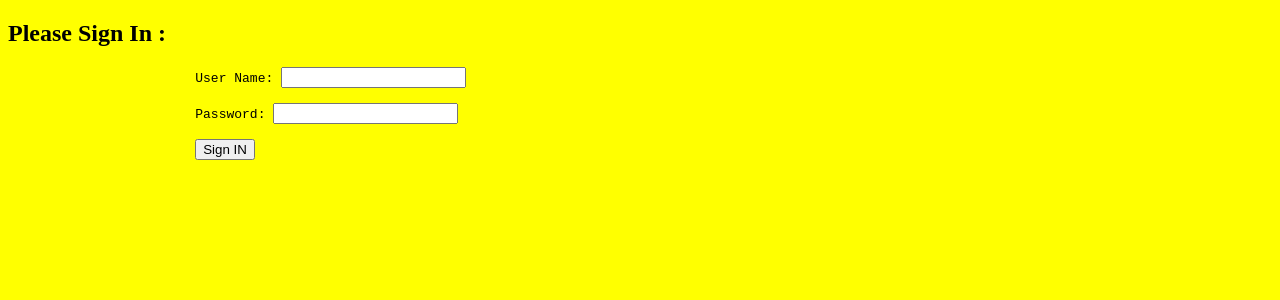
Repository: PallaviWalve/Advance-Java
Page: Web_Project/src/main/webapp/Login.html
The author's editor kept a copy of each file at every save. The page is drawn from the files as they stood at one save, then again after the next save.
The browser window is 1280 px wide. The pictures show the whole page.

Above is the page before, as saved 2024-06-05 05:27:33.

After the next save:
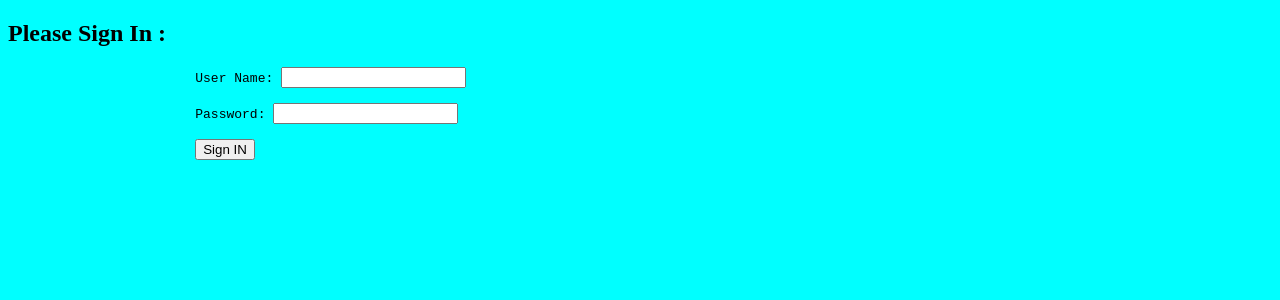
Saved 38 s later.
--- a/Web_Project/src/main/webapp/Login.html
+++ b/Web_Project/src/main/webapp/Login.html
@@ -1,6 +1,6 @@
 <!DOCTYPE html>
 <html>
-<body bgcolor = "yellow">
+<body bgcolor = "cyan">
 	<h2>Please Sign In :</h2>
 	<form>
 		<pre>
